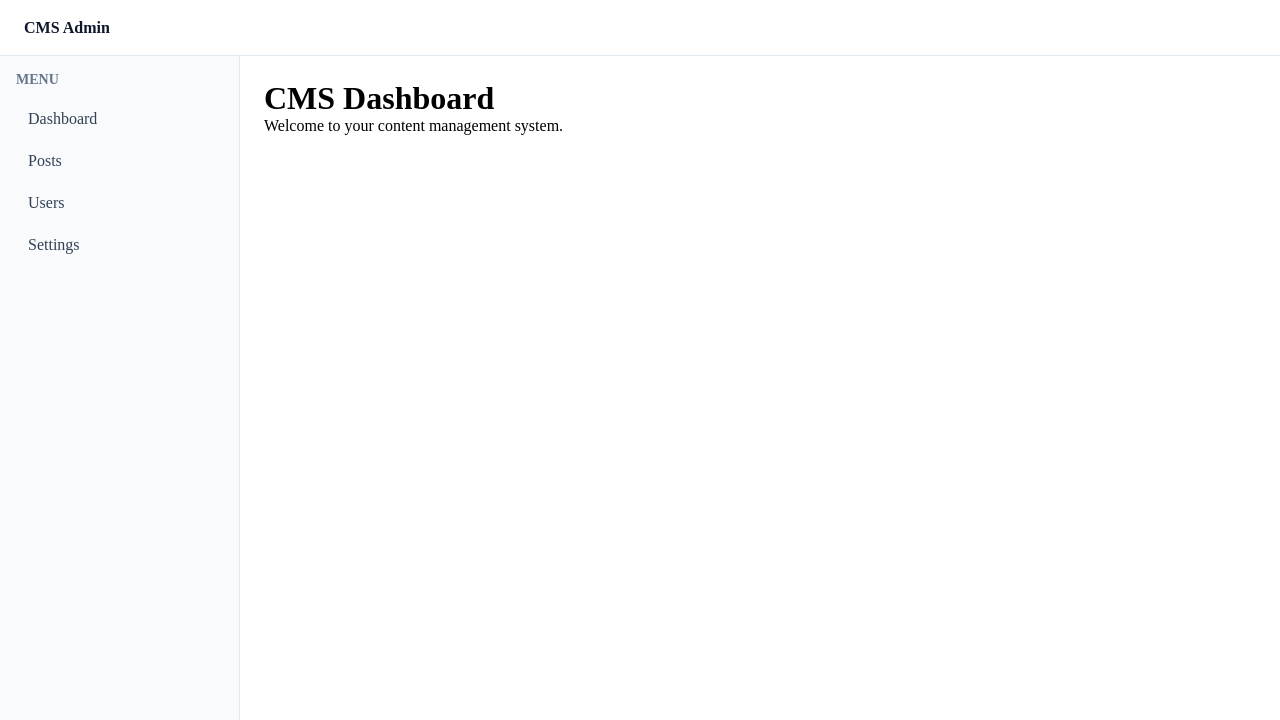
Repository: rajendratamang/react-dashboard
Page: /
The author's editor kept a copy of each file at every save. The page is drawn from the files as they stood at one save, then again after the next save.
The browser window is 1280 px wide. The pictures show the whole page.
The project was rebuilt for these pictures with package versions that can differ from the ones it lists, and the page was loaded fresh each time. Also part of the build but not shown: vite.config.ts.

Above is the page before, as saved 2026-01-16 20:22:56.

### src/App.tsx
import MainLayout from "./layouts/MainLayout";
import Dashboard from "./pages/Dashboard";

function App() {
  return (
    <MainLayout>
      <Dashboard />
    </MainLayout>
  );
}

export default App;

### src/index.css
* {
  margin: 0;
  padding: 0;
  box-sizing: border-box;
}

html, body, #root {
  height: 100%;
  width: 100%;
}

### src/layouts/MainLayout.tsx
import { ReactNode } from "react";
import Sidebar from "../components/Sidebar";

type MainLayoutProps = {
  children: ReactNode;
};

export default function MainLayout({ children }: MainLayoutProps) {
  return (
    <div
      style={{
        height: "100%",
        width: "100%",
        display: "flex",
        flexDirection: "column",
        backgroundColor: "#f1f5f9"
      }}
    >
      {/* Header */}
      <header
        style={{
          height: "56px",
          width: "100%",
          backgroundColor: "#ffffff",
          borderBottom: "1px solid #e2e8f0",
          display: "flex",
          alignItems: "center",
          padding: "0 24px",
          fontWeight: 600,
          color: "#0f172a"
        }}
      >
        CMS Admin
      </header>

      {/* Body */}
      <div
        style={{
          flex: 1,
          display: "flex",
          width: "100%",
          overflow: "hidden"
        }}
      >
        {/* Sidebar */}
        <Sidebar />

        {/* Main Content */}
        <main
          style={{
            flex: 1,
            backgroundColor: "#ffffff",
            overflowY: "auto"
          }}
        >
          {children}
        </main>
      </div>
    </div>
  );
}

### src/pages/Dashboard.tsx
export default function Dashboard() {
  return (
    <div style={{ padding: "24px" }}>
      <h1>CMS Dashboard</h1>
      <p>Welcome to your content management system.</p>
    </div>
  );
}

### src/components/Sidebar.tsx
type MenuItem = {
  label: string;
};

const menuItems: MenuItem[] = [
  { label: "Dashboard" },
  { label: "Posts" },
  { label: "Users" },
  { label: "Settings" }
];

export default function Sidebar() {
  return (
    <aside
      style={{
        width: "240px",
        backgroundColor: "#f8fafc",
        borderRight: "1px solid #e2e8f0",
        padding: "16px",
        color: "#334155"
      }}
    >
      {/* Sidebar Title */}
      <div
        style={{
          fontSize: "14px",
          fontWeight: 600,
          color: "#64748b",
          marginBottom: "12px",
          textTransform: "uppercase"
        }}
      >
        Menu
      </div>

      {/* Menu Items */}
      <nav>
        {menuItems.map((item) => (
          <div
            key={item.label}
            style={{
              padding: "10px 12px",
              borderRadius: "6px",
              cursor: "pointer",
              marginBottom: "4px"
            }}
            onMouseEnter={(e) =>
              (e.currentTarget.style.backgroundColor = "#e2e8f0")
            }
            onMouseLeave={(e) =>
              (e.currentTarget.style.backgroundColor = "transparent")
            }
          >
            {item.label}
          </div>
        ))}
      </nav>
    </aside>
  );
}

Loaded but not shown: index.html (common file); src/main.tsx (common file)

After the next save:
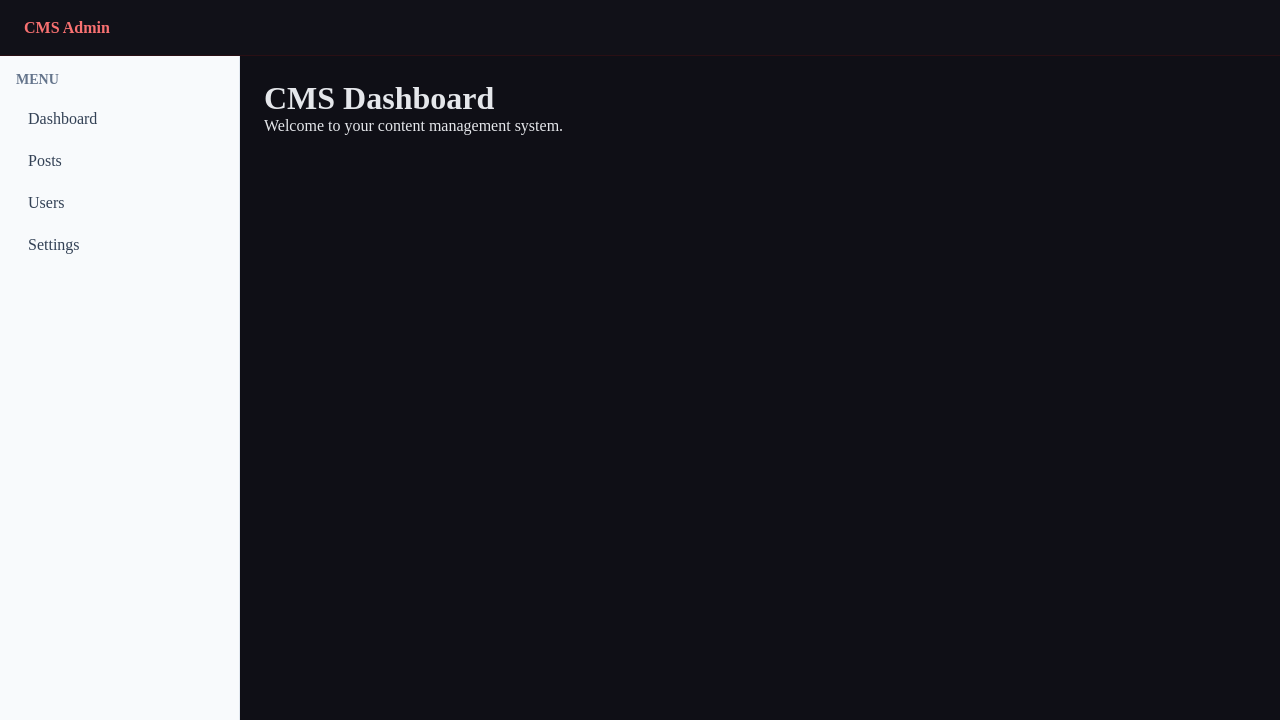
Saved 38 s later.
--- a/src/layouts/MainLayout.tsx
+++ b/src/layouts/MainLayout.tsx
@@ -13,7 +13,7 @@ export default function MainLayout({ children }: MainLayoutProps) {
         width: "100%",
         display: "flex",
         flexDirection: "column",
-        backgroundColor: "#f1f5f9"
+        backgroundColor: "#0b0b0f" // app background (blackish)
       }}
     >
       {/* Header */}
@@ -21,13 +21,13 @@ export default function MainLayout({ children }: MainLayoutProps) {
         style={{
           height: "56px",
           width: "100%",
-          backgroundColor: "#ffffff",
-          borderBottom: "1px solid #e2e8f0",
+          backgroundColor: "#111118",
+          borderBottom: "1px solid #2a0f14",
           display: "flex",
           alignItems: "center",
           padding: "0 24px",
           fontWeight: 600,
-          color: "#0f172a"
+          color: "#f87171" // soft red
         }}
       >
         CMS Admin
@@ -49,7 +49,8 @@ export default function MainLayout({ children }: MainLayoutProps) {
         <main
           style={{
             flex: 1,
-            backgroundColor: "#ffffff",
+            backgroundColor: "#0f0f16",
+            color: "#e5e7eb",
             overflowY: "auto"
           }}
         >
